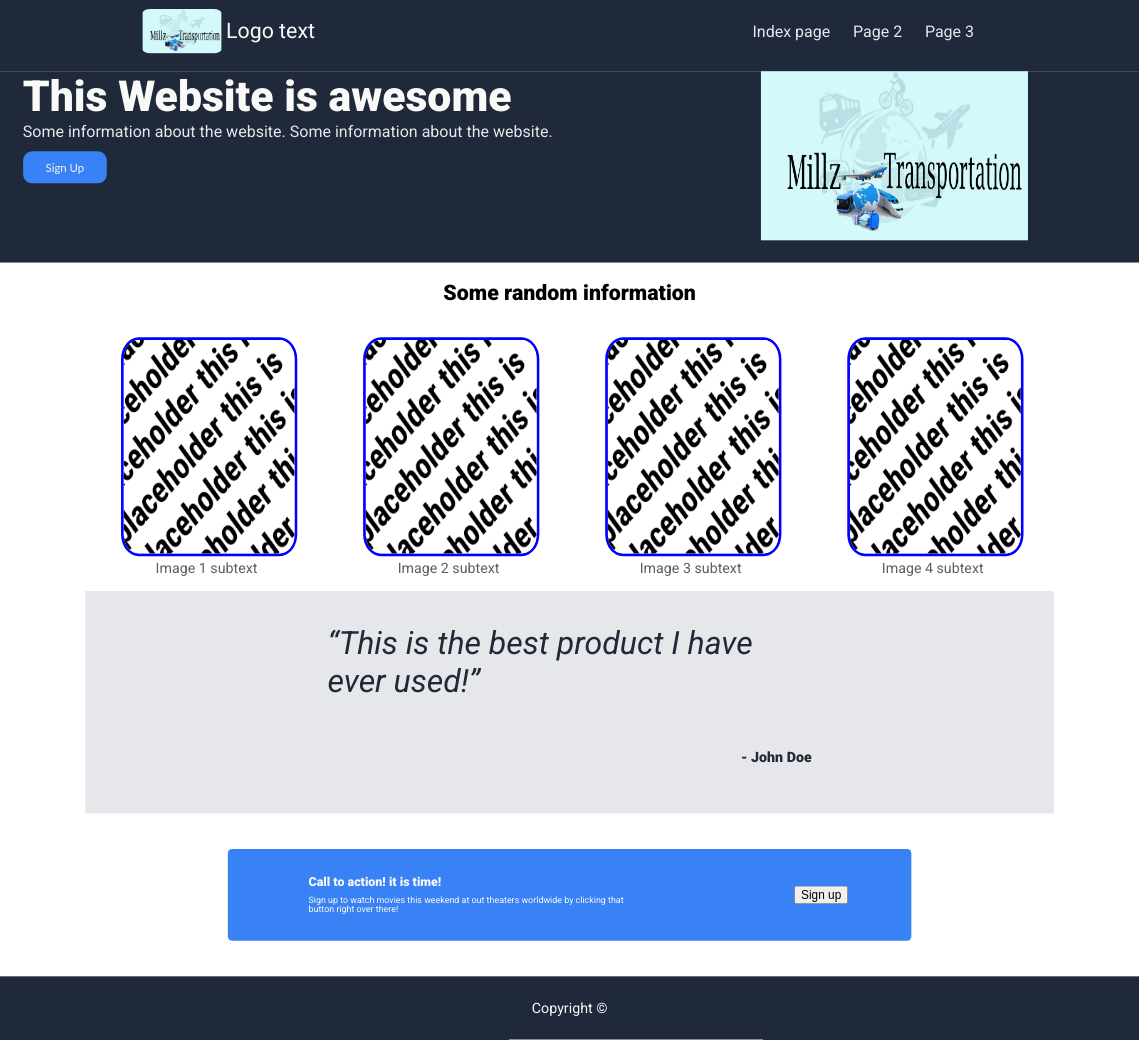
Repository: MikkyPrestige/css-assignment
Page: index.html
These files come from the project's save history. The page is drawn as it stood at one moment and after the next save; the edit follows.
The browser window is 1280 px wide. The pictures show the whole page, at 89% of full size.

Above is the page before, as saved 2023-04-27 02:48:33.

### index.html
<!DOCTYPE html>
<html lang="en">

<head>
  <meta charset="UTF-8">
  <meta http-equiv="X-UA-Compatible" content="IE=edge">
  <meta name="viewport" content="width=device-width, initial-scale=1.0">
  <link rel="stylesheet" href="./styles/index.css">
  <title>Assignment</title>
</head>

<body>
  <header>
    <div class="header">
      <div class="header-logo">
        <img src="./images/TransportationIcon3.jpg" alt="Company logo">
        <p>Logo text</p>
      </div>
      <nav>
        <a class="header-link" href="./index.html">Index page</a>
        <a class="header-link" href="./pages/extraPage1.html">Page 2</a>
        <a class="header-link" href="./pages/extraPage2.html">Page 3</a>
      </nav>
    </div>
  </header>

  <main>
    <!-- Claimed by Ashley -->
    <div class="Section_1">
      <div class="Header_body">
        <div>
          <div class="Header_title">
            This Website is awesome
          </div>
          <div class="Header_text">
            Some information about the website. Some information about the website.
          </div>
          <button class="Header_btn">Sign Up</button>
        </div>
        <img class="headerImage" src="./images/TransportationIcon3.jpg" alt="icon" />
      </div>
    </div>

    <!-- Claimed by Owen -->
    <div id="Section2">
      <h2>Some random information</h2>
      <div class="flex-image-container">
        <figure class="main-image">
          <img src="./images/placeholder1.png" alt="placeholder">
          <figcaption>Image 1 subtext</figcaption>
        </figure>
        <figure class="main-image">
          <img src="./images/placeholder1.png" alt="placeholder">
          <figcaption>Image 2 subtext</figcaption>
        </figure>
        <figure class="main-image">
          <img src="./images/placeholder1.png" alt="placeholder">
          <figcaption>Image 3 subtext</figcaption>
        </figure>
        <figure class="main-image">
          <img src="./images/placeholder1.png" alt="placeholder">
          <figcaption>Image 4 subtext</figcaption>
        </figure>
      </div>

    </div>

    <!-- Claimed by Alex -->
    <section class="section-3">
      <Selection class="review-slider">
        <div class="review-container">
          <div class="review">
            <q class="review-text">This is the best product I have ever used!</q>
            <p class="review-author">- John Doe</p>
          </div>

          <div class="review">
            <q class="review-text">I love this product! It has made my life so much easier.</q>
            <p class="review-author">- Jane Smith</p>
          </div>

          <div class="review">
            <q class="review-text">I highly recommend this product to anyone.</q>
            <p class="review-author">- Tom Johnson</p>
          </div>

          <div class="review">
            <q class="review-text">This is the best product I have ever used!</q>
            <p class="review-author">- John Doe 2</p>
          </div>

          <div class="review">
            <q class="review-text">I love this product! It has made my life so much easier.</q>
            <p class="review-author">- Jane Smith 2</p>
          </div>

          <div class="review">
            <q class="review-text">I highly recommend this product to anyone.</q>
            <p class="review-author">- Tom Johnson 2</p>
          </div>
        </div>
      </Selection>
    </section>

    <section class="section4">
      <div class="section4-wrapper">
        <div class="section4-cta">
          <h2 class="section4-cta__title">Call to action! it is time!</h2>
          <p class="section4-cta__subtitle">Sign up to watch movies this weekend at out theaters worldwide by clicking
            that button right over there!
          </p>
        </div>
        <button class="section4-cta__btn">Sign up</button>
      </div>
    </section>
  </main>

  <footer>
    <div class="footer">
      <p>Copyright &copy</p>
    </div>
  </footer>
</body>

</html>

### styles/index.css
@import url('https://fonts.googleapis.com/css2?family=Roboto:ital,wght@0,400;0,900;1,400&display=swap');

/*  CSS variables defined here and referenced using var(--varName).
    Note: name must have '--' prefix */
:root {
    --review-count: 6;
}

body {
	font-family: 'Roboto', sans-serif;
	margin: 0;
}

/* CSS for page header */
header {
	padding-top: 10px;
	padding-bottom: 20px;
	background-color: #1F2939;
}
.header {
    margin: auto;
    height: 50px;
    width: 75%;
	display: flex;
	justify-content: space-between;
}

@media (max-width: 800px) {
	.header {
		flex-direction: column;
		align-items: center;
        height: 100px;
	}
}

.header nav {
	width: 300px;
	display: flex;
	justify-content: space-evenly;
}

.header-logo {
	display: flex;
    height: 100%;
	align-items: center;
}

@media (max-width: 800px) {
	.header-logo {
        height: 65%;
	}
}

.header-logo img {
	height: 100%;
	border-radius: 10%;
}

.header-logo p {
	padding-left: 5px;
	font-size: 24px;
	color: #F9FAF8;
}

.header-link {
	font-size: 18px;
	color: #E5E7EB;
	align-self: center;
}

.header-link:link {
	text-decoration: none;
}

.header-link:visited {
	text-decoration: none;
}

.header-link:hover {
	text-decoration: underline;
}

.header-link:active {
	text-decoration:none;
}

/*Css for Section 1 of the index */

.Section_1{
	background-color: #1F2939;
	padding-left: 2%;
}

h1{
	font-size: 24px;
	color: #F9FAF8;
}

.Header_body{
	display: flex;
	justify-content: space-between;
	padding-bottom: 2%;
}

.Header_title{
	font-size: 48px;
	color: #F9FAF8;
	font-weight: 800;
}

.Header_text{
	font-size: 18px;
	color: #E5E7EB;
	padding-bottom: 2%
}

.Header_btn {
	padding: .8em 2em;
	border-radius: 10px;
	border: none;
	background-color: #3882F6;
	color: whitesmoke;
	font-family: 'Lato', sans-serif;
	font-size: .8em;
}

.headerImage{
	height: 190px;
	width: 300px;
	padding-right: 10%;
}

/* Css for Section 2 of the index */
#Section2 {
	text-align: center;
	width: 75%;
	margin: auto;
}

.flex-image-container {
	display: flex;
  flex-direction: row;
  flex-wrap: nowrap;
  justify-content: center;
  align-items: stretch;
  align-content: center;
}

@media (max-width: 800px) {
  .flex-image-container {
    flex-direction: column;
  }
}

.main-image {
	min-width: 20%;
}

.main-image img {
	width: 100%;
	height: 15em;
	border: 3px blue;
	border-style: solid;
	border-radius: 10%;
}

.main-image figcaption{
	color: #5e5f61;
}

/* CSS for section 3 of index */
.section-3 {
    height: 250px;
		width: 85%;
	background-color: #E5E7EB;
    display: flex;
    justify-content: center;
		align-items: center;
		margin: auto;
}

/* Automatic slideshow */
.review-slider {
    position: relative;
    margin: auto;
    width: 50%;
    height: 100%;
    overflow: hidden;
}

@media (max-width: 800px) {
    .review-slider {
      width: 75%;
    }
  }

.review-slider .review-container {
    position: absolute;
    width: calc(100% * var(--review-count));
    height: 100%;
    top: 0;
    left: 0;
    overflow: hidden;
    animation: slider 26s infinite;
}

.review-slider .review-container .review {
    position: relative;
    width: calc(100% / var(--review-count));
    height: 100%;
    display: flex;
    flex-direction: column;
    justify-content: space-evenly;
    float: left;
    overflow: hidden
}

.review-text {
    font-size: 36px;
    font-weight: 300;
    font-style: italic;
    color: #1F2937;
}

.review-author {
    font-weight: bold;
    color: #1F2937;
    align-self: end;
}

.section4 {
		height: 100%;
		width: 100%;
		padding: 40px 0;
}

.section4-wrapper {
		display: flex;
		justify-content: space-around;
		align-items: center;
		width: 60%;
		background-color: #3882F6;
		margin: 0 auto;
		border-radius: 5px;
		-webkit-border-radius: 5px;
		-moz-border-radius: 5px;
		-ms-border-radius: 5px;
		-o-border-radius: 5px;
}

.section4-cta {
	flex-basis: 50%;
	padding: 20px;
	line-height: 10px;
}

.section4-cta__title {
	font-size: 14px;
	color: #F9FAF8;
}

.section4-cta__subtitle {
	font-size: 10px;
	color: #F9FAF8;
}

@keyframes slider {
    0%, 25%, 100%{left: 0}

    30%, 55%{left: -100%}

    60%, 85%{left: -200%}
}

/* CSS for page footer */
footer {
    padding-top: 10px;
    padding-bottom: 10px;
	color: #F9FAF8;
	background-color: #1F2939;
}

.footer {
    margin: auto;
    width: 75%;
    text-align: center;
}

After the next save:
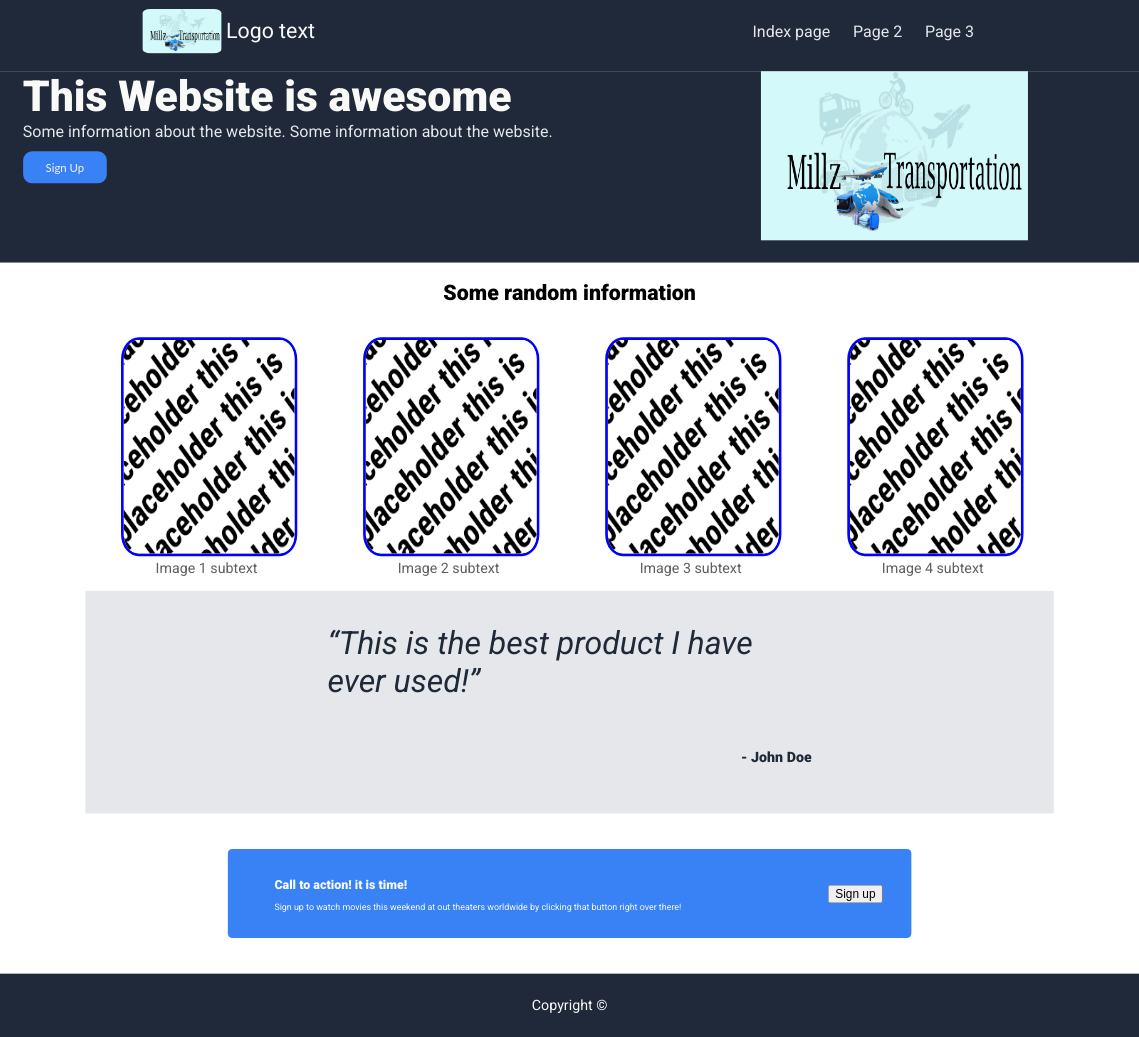
Saved 12 s later.
--- a/styles/index.css
+++ b/styles/index.css
@@ -249,9 +249,8 @@
 }
 
 .section4-cta {
-	flex-basis: 50%;
+	flex-basis: 70%;
 	padding: 20px;
-	line-height: 10px;
 }
 
 .section4-cta__title {
